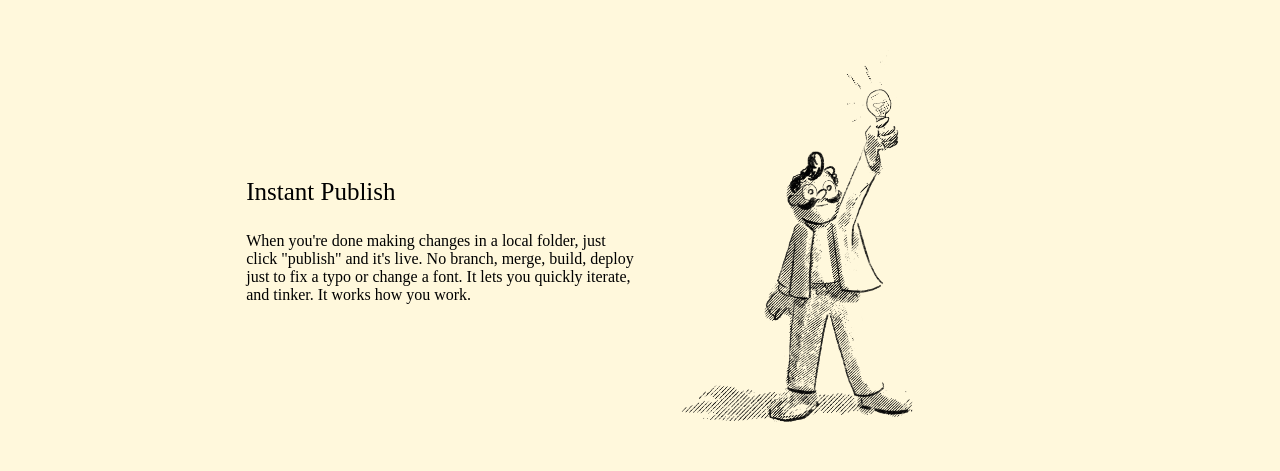
Repository: Pbemits/TEAMWORK-PROJECT-ONE
Page: index.html
The author's editor kept a copy of each file at every save. The page is drawn from the files as they stood at one save, then again after the next save.
The browser window is 1280 px wide. The pictures show the whole page.
Some web fonts or font styles are not loaded; a fallback is used.

Above is the page before, as saved 2023-09-01 23:03:41.

After the next save:
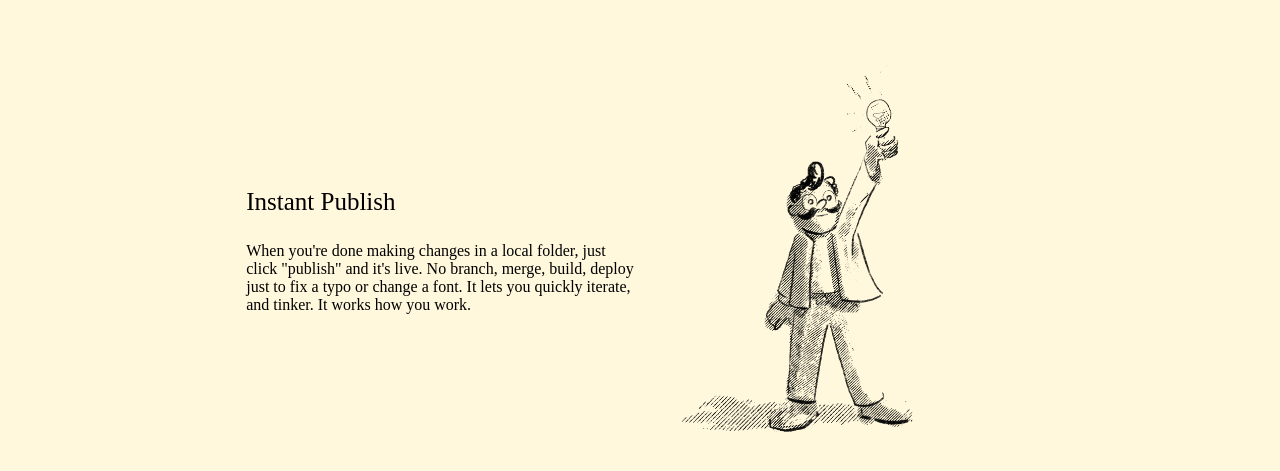
Saved 8 s later.
--- a/assets/css/main.css
+++ b/assets/css/main.css
@@ -2,7 +2,7 @@
     display: flex;
     align-items: center;
     justify-content: center;
-    margin-top: 50px;
+    margin-top: 60px;
 }
 
 .content-wrapper-element-one .wrapper-element-texts .element-text-h3 h3 {
